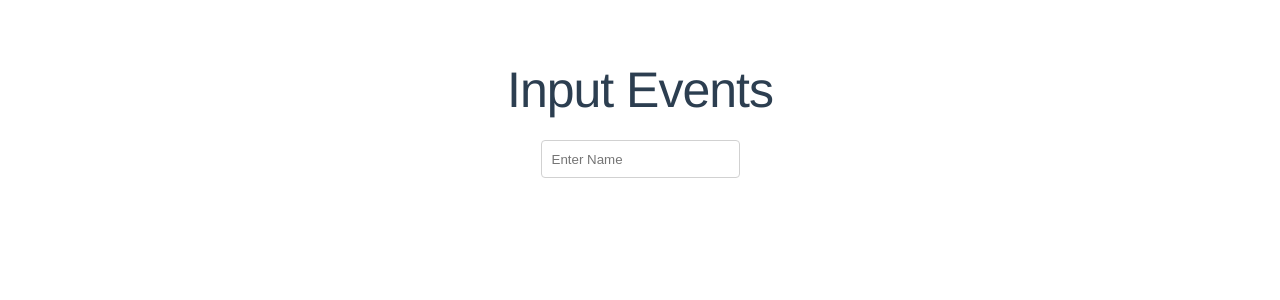
Repository: chsvk/Vue-JS-Course
Page: /home
The author's editor kept a copy of each file at every save. The page is drawn from the files as they stood at one save, then again after the next save.
The browser window is 1280 px wide. The pictures show the whole page.
The project was rebuilt for these pictures with package versions that can differ from the ones it lists, and the page was loaded fresh each time. Also part of the build but not shown: src/components/HelloWorld.vue.

Above is the page before, as saved 2019-03-11 22:38:05.

### public/index.html
<!DOCTYPE html>
<html lang="en">
  <head>
    <meta charset="utf-8">
    <meta http-equiv="X-UA-Compatible" content="IE=edge">
    <meta name="viewport" content="width=device-width,initial-scale=1.0">
    <link rel="icon" href="<%= BASE_URL %>favicon.ico">
    <link rel="stylesheet" href="https://cdnjs.cloudflare.com/ajax/libs/skeleton/2.0.4/skeleton.min.css">
    <title>testproject</title>
  </head>
  <body>
    <noscript>
      <strong>We're sorry but testproject doesn't work properly without JavaScript enabled. Please enable it to continue.</strong>
    </noscript>
    <div id="app"></div>
    <!-- built files will be auto injected -->
  </body>
</html>

### src/App.vue
<template>
  <div id="app">
   <h1>Input Events</h1>
   <input type="text" v-on:blur="blur()" placeholder="Enter Name">
  </div>
</template>

<script>
import HelloWorld from './components/HelloWorld.vue'

export default {
  name: 'app',
  data(){
    return{

    }
  },
  methods: {
    blur(){
      alert('Clicked Off input field')
    }
  }

}
</script>

<style lang="scss">
#app {
  font-family: 'Avenir', Helvetica, Arial, sans-serif;
  -webkit-font-smoothing: antialiased;
  -moz-osx-font-smoothing: grayscale;
  text-align: center;
  color: #2c3e50;
  margin-top: 60px;
}
</style>

Loaded but not shown: src/main.js (common file)

After the next save:
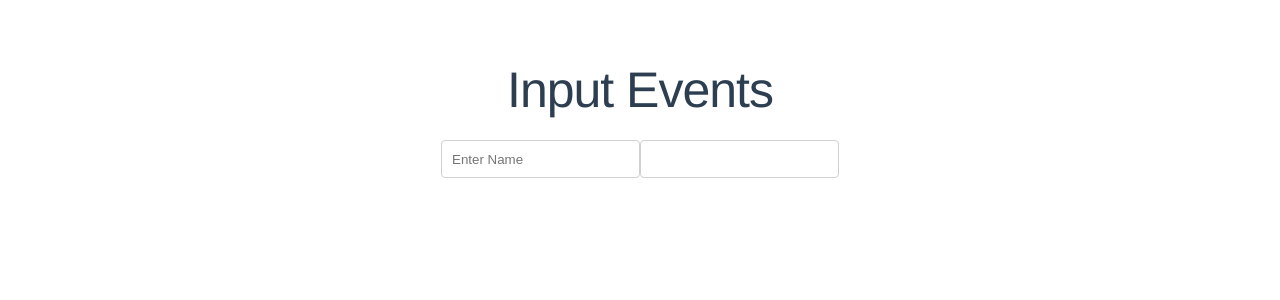
Saved 63 s later.
--- a/src/App.vue
+++ b/src/App.vue
@@ -1,7 +1,8 @@
 <template>
   <div id="app">
    <h1>Input Events</h1>
-   <input type="text" v-on:blur="blur()" placeholder="Enter Name">
+   <input type="text" @blur="blur()" placeholder="Enter Name">
+   <input type="text" @change="changed()">
   </div>
 </template>
 
@@ -18,6 +19,9 @@ export default {
   methods: {
     blur(){
       alert('Clicked Off input field')
+    },
+    changed(){
+      console.log("changed value")
     }
   }
 
